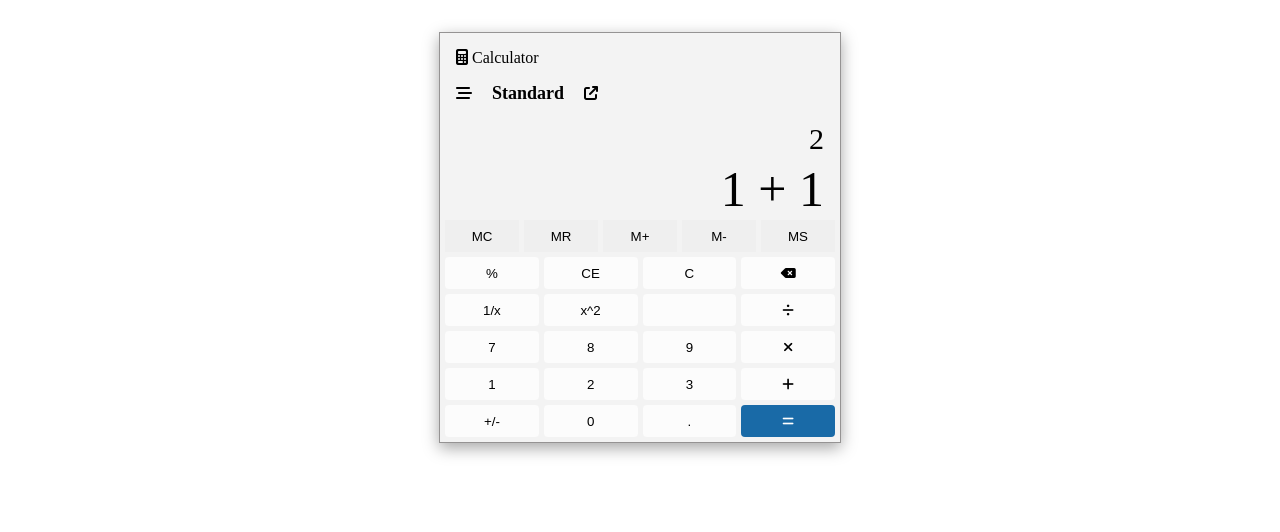
Repository: tungts3qb/Javascript
Page: Calculator/Calculator.html
The author's editor kept a copy of each file at every save. The page is drawn from the files as they stood at one save, then again after the next save.
The browser window is 1280 px wide. The pictures show the whole page.

Above is the page before, as saved 2022-12-26 20:53:49.

After the next save:
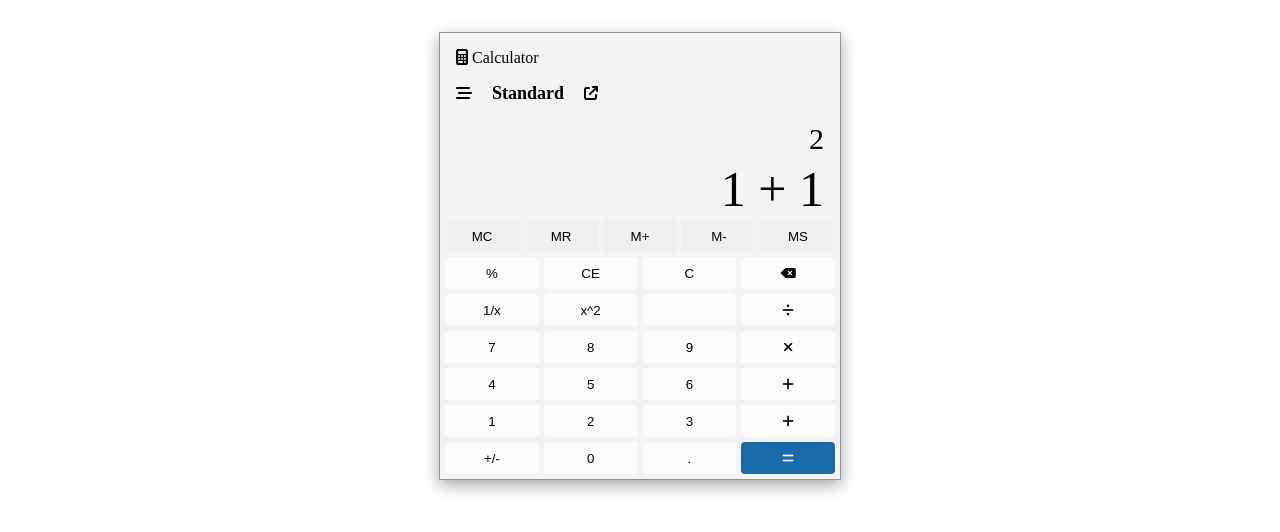
Saved 25 s later.
--- a/Calculator/Calculator.html
+++ b/Calculator/Calculator.html
@@ -57,6 +57,10 @@
         <button class="calculator-button">8</button>
         <button class="calculator-button">9</button>
         <button class="calculator-button"><i class="fas fa-times"></i></button>
+        <button class="calculator-button">4</button>
+        <button class="calculator-button">5</button>
+        <button class="calculator-button">6</button>
+        <button class="calculator-button"><i class="fas fa-plus"></i></button>
         <button class="calculator-button">1</button>
         <button class="calculator-button">2</button>
         <button class="calculator-button">3</button>
